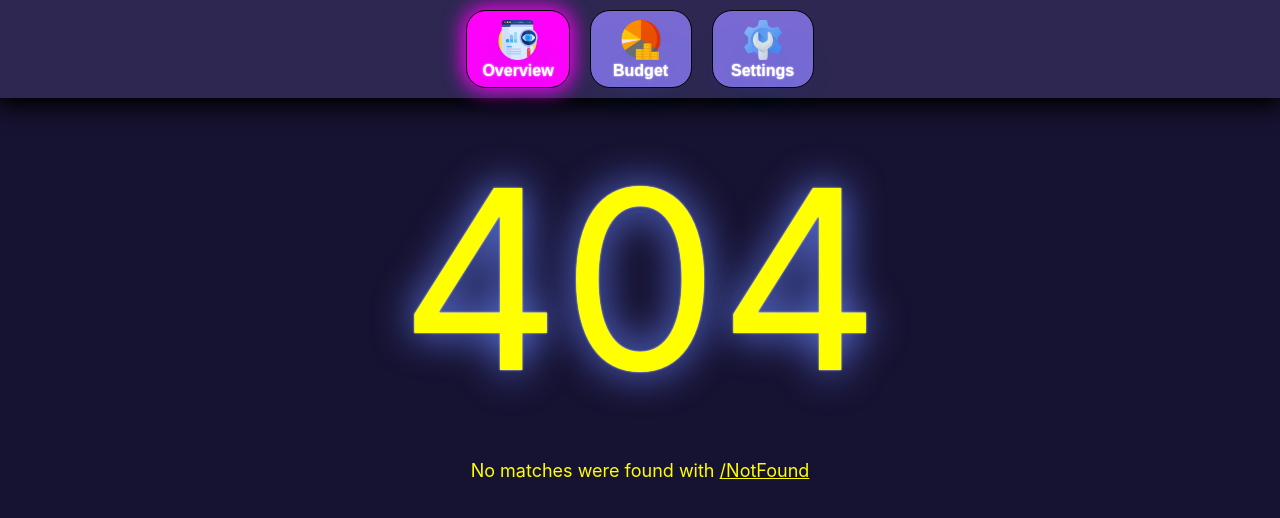
Repository: Minkeani/Money-Manager
Page: /NotFound
These files come from the project's save history. The page is drawn as it stood at one moment and after the next save; the edit follows.
The browser window is 1280 px wide. The pictures show the whole page.
The project was rebuilt for these pictures with package versions that can differ from the ones it lists, and the page was loaded fresh each time. Also part of the build but not shown: src/components/Budget/Budget.jsx, src/components/Overview/Overview.jsx, src/components/Settings/Settings.jsx.

Above is the page before, as saved 2022-07-13 13:50:58.

### src/index.js
import React from 'react';
import ReactDOM from 'react-dom/client';
import './styles/index.css'
import App from './App';

const root = ReactDOM.createRoot(document.getElementById('root'));
root.render(
    <App />
);

### src/styles/index.css
:root {
  --color-theme: #161231;
	--color-white: #fff;
	--color-black: #000;
	--color-dark-gray: #10100e;
	--color-yellow: #ffff00;
	--color-blue: #6884fb;
	--color-red: #f75d83;
	--font-bold: 600;
	--color-violet: #ae72c2;
	--text-shadow-yellow:
		0 0 2px var(--color-white),
		0 0 40px var(--color-blue);

	--spacing-medium: 20px;

	--spacing-small: 10px;

	--spacing-ultra-small: 5px;

	--spacing-large: 30px;

	--font-family-main: sans-serif;

	--border-radius-small: 3px;

	--border-radius-medium: 5px;

	--margin-list: 7px;

	--font-size-main: 16px;

	--font-size-header: 26px;

	--font-size-subheader: 18px;

	/* Theme */
	--theme-light-header: #dfe2df;

	--theme-dark-header: #ca6ca6;

	--theme-neitral-header: #cccc46;

	--theme-default-header: var(--theme-neitral-header);

	--transition: .4s;

	--theme-light-bg-img: linear-gradient(to top, #b7b7b7, #a396b0, #9a72a0, #984986, #960062);

	--theme-dark-bg-img:  linear-gradient(to top, #6a2b60, #532143, #3b192b, #221118, #000000);

	--width-max: 1200px

}
body {
  margin: 0;
	padding: 0;
	background-color: var(--color-theme);
  font-family: -apple-system, BlinkMacSystemFont, 'Segoe UI', 'Roboto', 'Oxygen',
    'Ubuntu', 'Cantarell', 'Fira Sans', 'Droid Sans', 'Helvetica Neue',
    sans-serif;
  -webkit-font-smoothing: antialiased;
  -moz-osx-font-smoothing: grayscale;
}

code {
  font-family: source-code-pro, Menlo, Monaco, Consolas, 'Courier New',
    monospace;
}

### src/App.js
import styles from './App.module.css';
import Header from './components/Header/Header';
import RoutesConfig from './routes/RoutesConfig';
import { Routes, Route, BrowserRouter, Router } from 'react-router-dom';

function App() {
  return (
    <div className={styles.App}>
      <BrowserRouter>
        <div className={styles.wrapper}>
          <Header/>
            <Routes>
              {RoutesConfig.map((route, index) => (
                <Route
                  key={index}
                  exact={route.exact}
                  element={<route.element/>}
                  path={route.path}
                />
              ))}
            </Routes>
        </div>
      </BrowserRouter>
    </div>
  );
}

export default App;

### src/App.module.css
.App {
  text-align: center;
  display: flex;
  justify-content: center;
  align-items: center;
  margin: 0 auto;
}

.App-logo {
  height: 40vmin;
  pointer-events: none;
}

.wrapper {
  width: 100%;
}

@media (prefers-reduced-motion: no-preference) {
  .App-logo {
    animation: App-logo-spin infinite 20s linear;
  }
}

.App-header {
  background-color: #282c34;
  min-height: 100vh;
  display: flex;
  flex-direction: column;
  align-items: center;
  justify-content: center;
  font-size: calc(10px + 2vmin);
  color: white;
}

.App-link {
  color: #61dafb;
}

@keyframes App-logo-spin {
  from {
    transform: rotate(0deg);
  }
  to {
    transform: rotate(360deg);
  }
}

### src/components/Header/Header.jsx
import React, {useState} from 'react'
import styles from './Header.module.scss'
import { Link } from 'react-router-dom';
import Budget from '../../icons/budget.svg'
import overview from '../../icons/Overview.svg'
import settings from '../../icons/settings.svg'


export default function Header() {
  const [active, setActive] = useState(1)

  return (
    <div className={styles.container}>
    <ul className={styles.list__container}>
        <li
          onClick={() => setActive(1)}
          className={active === 1 ? styles.active : ''}
        >
            <Link to='/Overview' exact='true' >
                 <img src={overview} alt="" />
                Overview</Link>
        </li>
        <li
          onClick={() => setActive(2)}
          className={active === 2 ? styles.active : ''}
          >
            <Link to='/Budget' exact='true' >
               <img src={Budget} alt="" />
              Budget</Link></li>
        <li
           onClick={() => setActive(3)}
           className={active === 3 ? styles.active : ''}
          >
            <Link to="/Settings" exact='true'>
              <img src={settings} alt="" />
              Settings</Link></li>
    </ul>

    </div>
  )
}

### src/routes/RoutesConfig.js
import Budget from "../components/Budget/Budget"
import Overview from "../components/Overview/Overview"
import Settings from "../components/Settings/Settings"
import NotFound from "../components/NotFound/NotFound"

const RoutesConfig = [
    {
        path: '/Budget',
        exact: true,
        element: Budget
    },
    {
        path: '/Overview',
        exact: true,
        element: Overview
    },
    {
        path: '/Settings',
        exact: true,
        element: Settings
    }, {
        path: '/NotFound',
        exact: true,
        element: NotFound
    },

]

export default RoutesConfig

### src/components/Header/Header.module.scss
.container {
    display: flex;
    align-items: center;
    justify-content: center;
    margin-bottom: var(--spacing-large);
    background-color: #2d2751;
    width: 100%;
    box-shadow: 0px 7px 20px 2px ;
}
.list__container {
    display: flex;
    flex-wrap: wrap;
    margin: 0;
    padding: 0;
    list-style-type: none;
}

.list__container li {
    background-color: #7869d3;
    flex-direction: column;
    border: 1px solid black;
    margin: 10px;
    border-radius: 20px;
    cursor: pointer
}

.list__container li:hover {
    background-color: #dd6edb;

}



.list__container a {
    display: flex;
    align-items: center;
    flex-direction: column;
    margin: 0 10px;
    padding: 5px 3px;
    min-width: 70px;
    border: 2px solid transparent;
    border-radius: var(--border-radius-small);
    color: var(--color-white);
    text-align: center;
    font-family: var(--font-family-main);
    text-decoration: none;
    font-weight: var(--font-bold);
    text-shadow: var(--text-shadow-yellow);
    transition: var(--transition);
}

.list__container .active {
    background-color: #ff00fa;
    box-shadow: 0 0 20px 3px #ff00fa; }



.list__container img {
    height: 2.5rem;
    margin: 0.1375rem;
    width: 2.5rem;
}
.list__container :global(a.active) {
    border: 2px solid var(--color-violet);
    color: var(--color-violet);
    text-shadow: none;
}

.logo {
    width: 60px;
    height: 60px;
    margin-right: var(--spacing-large);
    object-fit: cover;
    object-position: center center;
}

### src/components/NotFound/NotFound.jsx
import React from 'react'
import { useLocation } from 'react-router-dom'
import styles from './NotFound.module.css'

export default function NotFound() {

    let location = useLocation()

  return (
    <div>
      <p className={styles.error}>404</p>
      <p className={styles.text}>No matches were found with <u>{location.pathname}</u></p>
    </div>
  )
}

### src/components/NotFound/NotFound.module.css
.error {
    display: flex;
    margin: auto;
    color: var(--color-yellow);
    text-align: center;
    align-items: center;
    font-size: 250px;
    text-shadow: var(--text-shadow-yellow);
    justify-content: center
}

.text {
    margin-top: var(--spacing-large);
    font-size: var(--font-size-subheader);
    color: var(--color-yellow);
    text-align: center;
}

Loaded but not shown: public/index.html (common file)

After the next save:
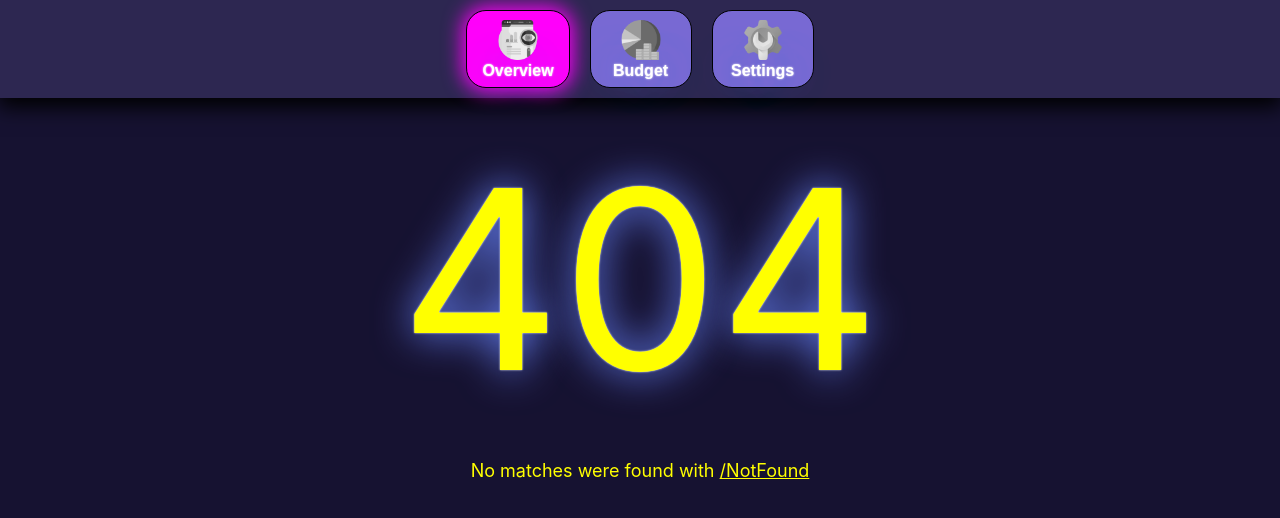
Saved 3 min 23 s later.
--- a/src/components/Header/Header.module.scss
+++ b/src/components/Header/Header.module.scss
@@ -59,6 +59,7 @@
     height: 2.5rem;
     margin: 0.1375rem;
     width: 2.5rem;
+    filter: grayscale(1);
 }
 .list__container :global(a.active) {
     border: 2px solid var(--color-violet);
